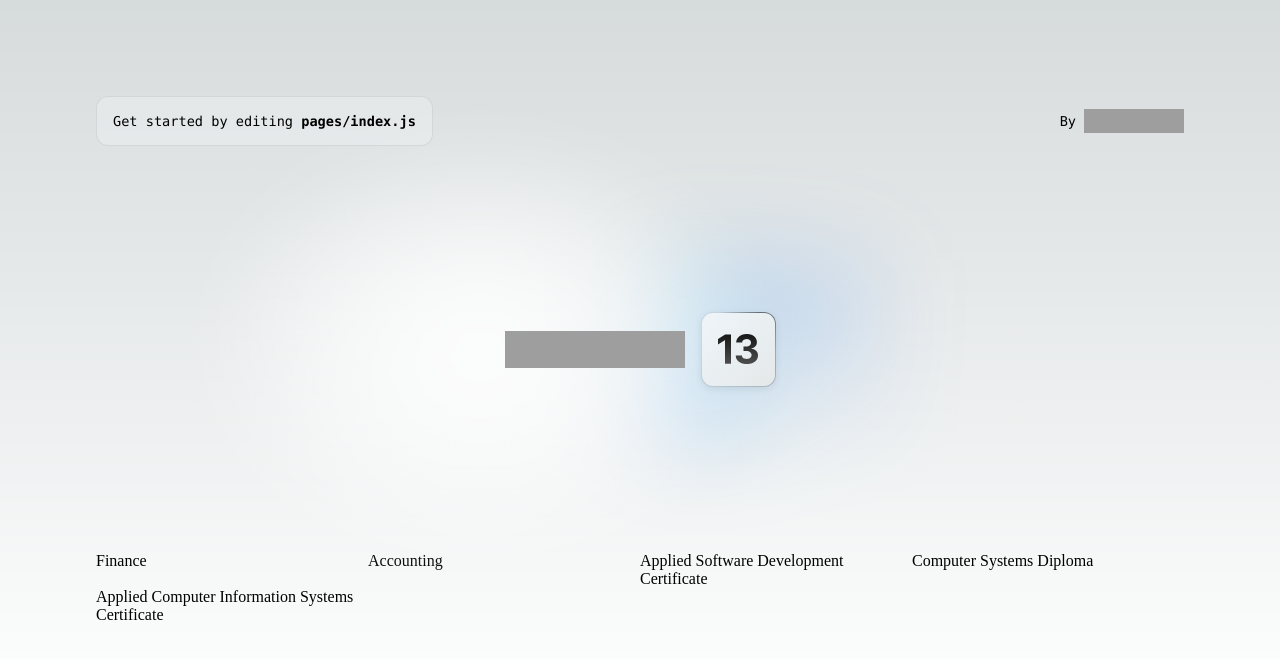
Repository: KushalK04/week3
Page: /
These files come from the project's save history. The page is drawn as it stood at one moment and after the next save; the edit follows.
The browser window is 1280 px wide. The pictures show the whole page.
Pictures or frames that could not be fetched are drawn as grey boxes. The project was rebuilt for these pictures with package versions that can differ from the ones it lists, and the page was loaded fresh each time. The framework's server and built-in components were replaced by stand-ins that run in the browser. Also part of the build but not shown: next.config.js.

Above is the page before, as saved 2023-01-16 14:48:06.

### pages/index.js
import Head from 'next/head'
import Image from 'next/image'
import { Inter } from '@next/font/google'
import styles from '../styles/Home.module.css'
import data from '../data/education.json'
import { useState } from 'react'

const inter = Inter({ subsets: ['latin'] })

export default function Home() {

  console.log(data);
  const [information, setInformation] = useState([...data])

  return (
    <>
      <Head>
        <title>Create Next App</title>
        <meta name="description" content="Generated by create next app" />
        <meta name="viewport" content="width=device-width, initial-scale=1" />
        <link rel="icon" href="/favicon.ico" />
      </Head>
      <main className={styles.main}>
        <div className={styles.description}>
          <p>
            Get started by editing&nbsp;
            <code className={styles.code}>pages/index.js</code>
          </p>
          <div>
            <a
              href="https://vercel.com?utm_source=create-next-app&utm_medium=default-template&utm_campaign=create-next-app"
              target="_blank"
              rel="noopener noreferrer"
            >
              By{' '}
              <Image
                src="/vercel.svg"
                alt="Vercel Logo"
                className={styles.vercelLogo}
                width={100}
                height={24}
                priority
              />
            </a>
          </div>
        </div>

        <div className={styles.center}>
          <Image
            className={styles.logo}
            src="/next.svg"
            alt="Next.js Logo"
            width={180}
            height={37}
            priority
          />
          <div className={styles.thirteen}>
            <Image
              src="/thirteen.svg"
              alt="13"
              width={40}
              height={31}
              priority
            />
          </div>
        </div>

        <div className={styles.grid}>
          {
            information && information.map((info, index) => {
              if(info.department === "Business") {

                return(
                  <div key={index}>{info.degree}</div>
                )

              }

            })
          }
          {
            information && information.map((info, index) => {
              if(info.department === "Computing") {

                return(
                  <div key={index}>{info.degree}</div>
                )

              }

            })
          }
        </div>
      </main>
    </>
  )
}

### data/education.json
[
        {
            "studentNumber": "A0004567",
            "firstName": "Person 1",
            "gpa": 3.8,
            "department": "Business",
            "degree": "Finance",
            "graduted": 2014
        },
        {
            "studentNumber": "A0001234",
            "firstName": "Person 2",
            "gpa": 3.5,
            "department": "Business",
            "degree": "Accounting",
            "graduted": 2010
        },
        {
            "studentNumber": "A0007890",
            "firstName": "Person 3",
            "gpa": 3.2,
            "department": "Computing",
            "degree": "Applied Software Development Certificate",
            "graduted": 2018
        },
        {
            "studentNumber": "A0007828",
            "firstName": "Person 4",
            "gpa": 3.9,
            "department": "Computing",
            "degree": "Computer Systems Diploma",
            "graduted": 2021
        },
        {
            "studentNumber": "A0003425",
            "firstName": "Person 5",
            "gpa": 3.2,
            "department": "Computing",
            "degree": "Applied Computer Information Systems Certificate",
            "graduted": 2021
        }
]

Loaded but not shown: pages/_app.js (common file); pages/_document.js (common file); styles/globals.css (common file); styles/Home.module.css (common file)

After the next save:
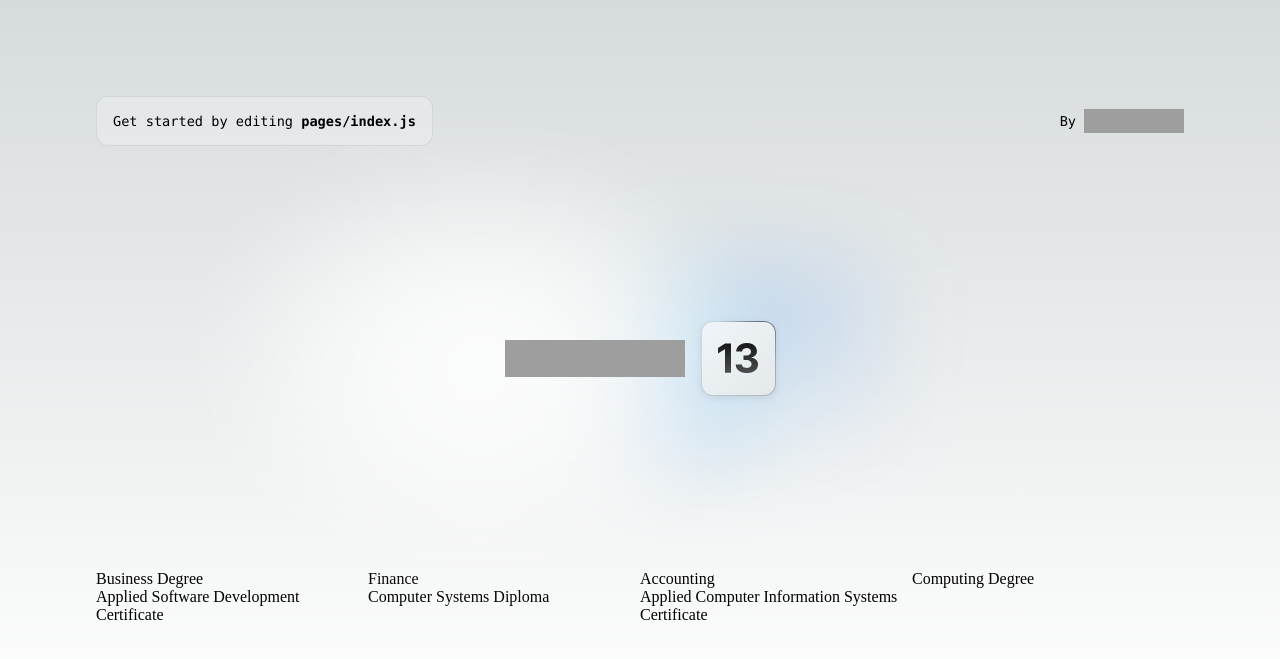
Saved 3 min 15 s later.
--- a/pages/index.js
+++ b/pages/index.js
@@ -66,6 +66,7 @@ export default function Home() {
         </div>
 
         <div className={styles.grid}>
+          <div>Business Degree</div>
           {
             information && information.map((info, index) => {
               if(info.department === "Business") {
@@ -78,6 +79,7 @@ export default function Home() {
 
             })
           }
+          <div>Computing Degree</div>
           {
             information && information.map((info, index) => {
               if(info.department === "Computing") {
